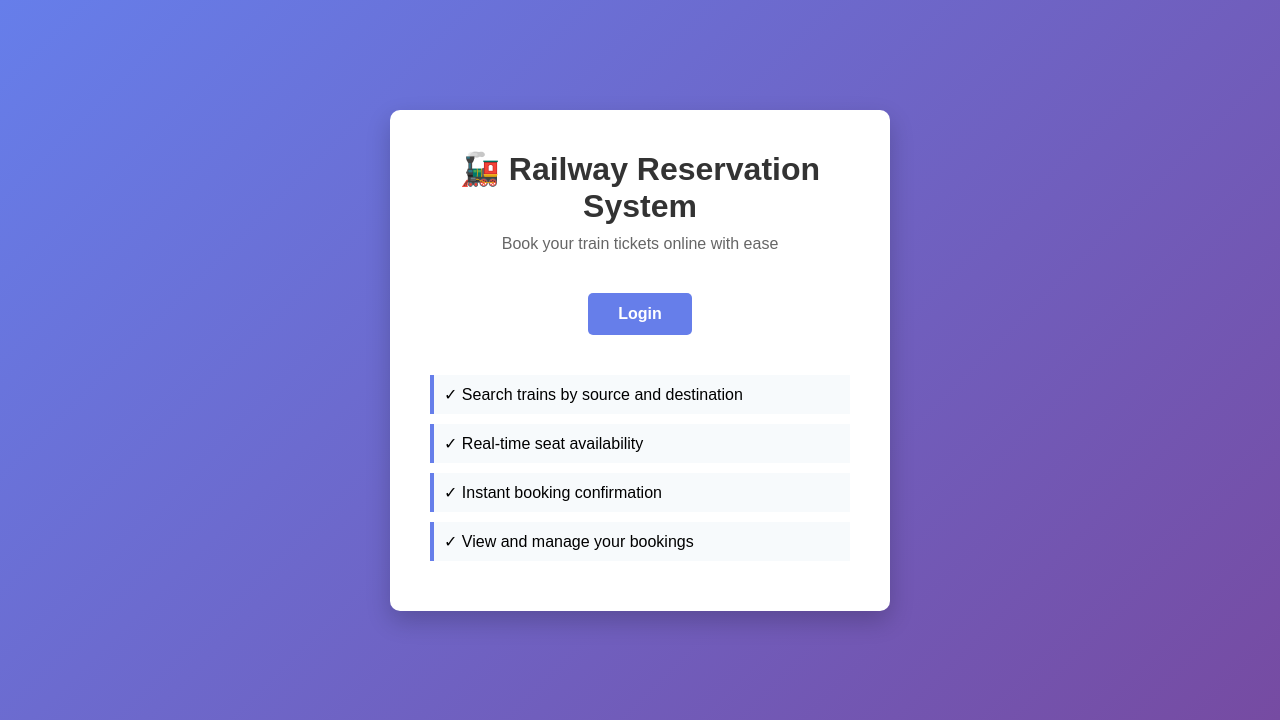
Repository: pallavi0113/Railway-Reservation
Page: http://localhost/RailwayReservationSystem/
These files come from the project's save history. The page is drawn as it stood at one moment and after the next save; the edit follows.
The browser window is 1280 px wide. The pictures show the whole page.
The page is served by Tomcat 9. Other server files are loaded and not shown.

Above is the page before, as saved 2025-12-08 18:19:31.

### RailwayReservationSystem/src/main/webapp/index.jsp
<%@ page language="java" contentType="text/html; charset=UTF-8" pageEncoding="UTF-8"%>
<!DOCTYPE html>
<html>
<head>
    <meta charset="UTF-8">
    <meta name="viewport" content="width=device-width, initial-scale=1.0">
    <title>Railway Reservation System</title>
    <style>
        * { margin: 0; padding: 0; box-sizing: border-box; }
        body { font-family: Arial, sans-serif; background: linear-gradient(135deg, #667eea 0%, #764ba2 100%); min-height: 100vh; display: flex; align-items: center; justify-content: center; }
        .container { background: white; padding: 40px; border-radius: 10px; box-shadow: 0 10px 25px rgba(0,0,0,0.2); max-width: 500px; width: 90%; text-align: center; }
        h1 { color: #333; margin-bottom: 10px; font-size: 32px; }
        .subtitle { color: #666; margin-bottom: 30px; }
        .btn { display: inline-block; padding: 12px 30px; margin: 10px; background: #667eea; color: white; text-decoration: none; border-radius: 5px; font-weight: bold; transition: 0.3s; }
        .btn:hover { background: #764ba2; transform: translateY(-2px); }
        .features { margin-top: 30px; text-align: left; }
        .feature { padding: 10px; margin: 10px 0; background: #f7fafc; border-left: 4px solid #667eea; }
    </style>
</head>
<body>
    <div class="container">
        <h1>🚂 Railway Reservation System</h1>
        <p class="subtitle">Book your train tickets online with ease</p>

        <div>
            <a href="login.jsp" class="btn">Login</a>
        </div>

        <div class="features">
            <div class="feature">✓ Search trains by source and destination</div>
            <div class="feature">✓ Real-time seat availability</div>
            <div class="feature">✓ Instant booking confirmation</div>
            <div class="feature">✓ View and manage your bookings</div>
        </div>
    </div>
</body>
</html>

After the next save:
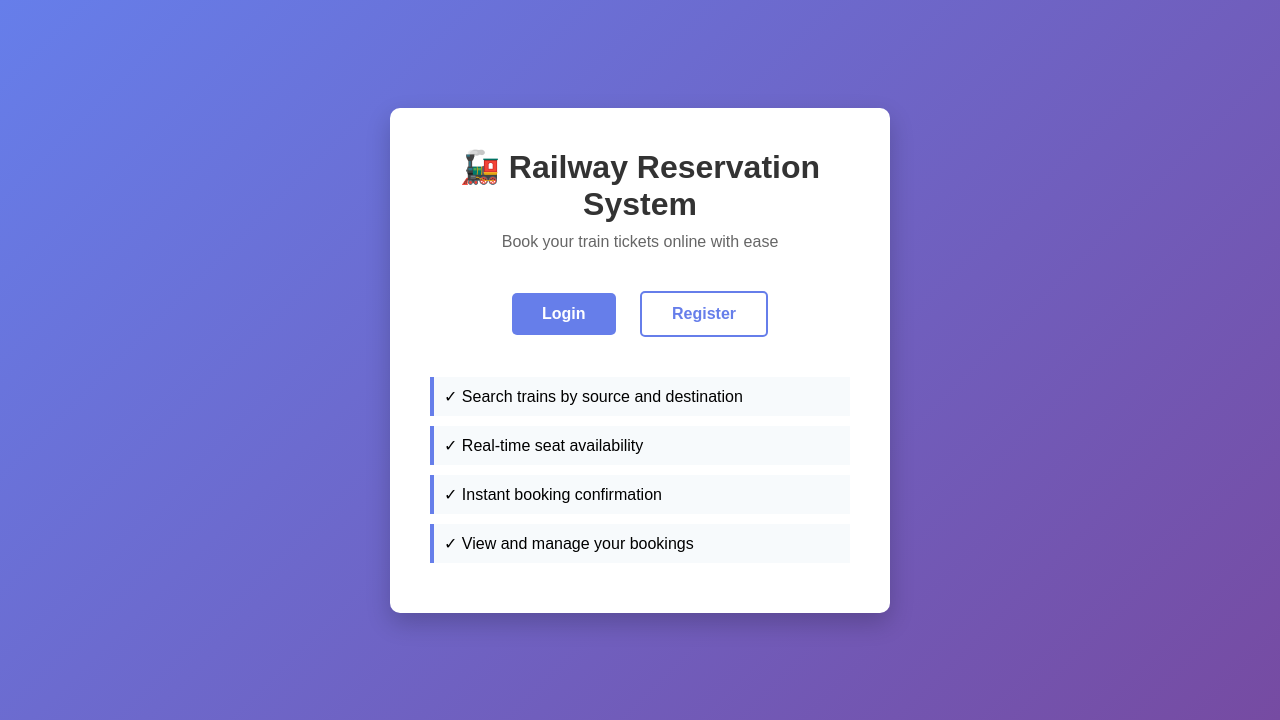
Saved 2 min 30 s later.
--- a/RailwayReservationSystem/src/main/webapp/index.jsp
+++ b/RailwayReservationSystem/src/main/webapp/index.jsp
@@ -22,8 +22,9 @@
         <h1>🚂 Railway Reservation System</h1>
         <p class="subtitle">Book your train tickets online with ease</p>
 
-        <div>
+        <div style="margin-bottom: 20px;">
             <a href="login.jsp" class="btn">Login</a>
+            <a href="register.jsp" class="btn" style="background: white; color: #667eea; border: 2px solid #667eea;">Register</a>
         </div>
 
         <div class="features">
